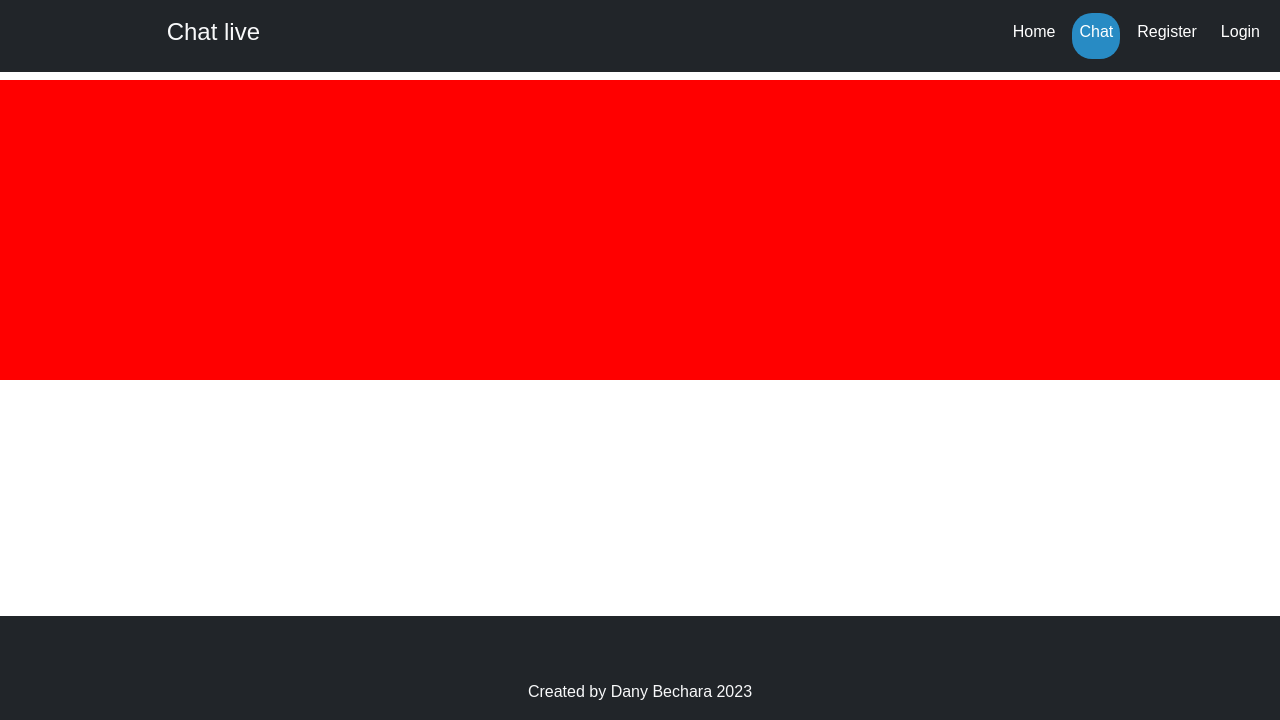
Repository: bechara611/chatv2
Page: /chat
An editor plug-in stored every save of this project. The page is shown before and after the next save, followed by the edit.
The browser window is 1280 px wide. The pictures show the whole page.
The project was rebuilt for these pictures with package versions that can differ from the ones it lists, and the page was loaded fresh each time. Also part of the build but not shown: src/auth/components/login.jsx, src/auth/components/register.jsx, src/ui/components/Home.jsx, src/App.css.

Above is the page before, as saved 2023-03-12 17:29:05.

### src/index.js
import React from 'react';
import ReactDOM from 'react-dom/client';
import './index.css';
import { App2 } from './App';
import { BrowserRouter } from 'react-router-dom';
import 'bootstrap/dist/css/bootstrap.min.css'
import 'bootstrap/dist/js/bootstrap.bundle.js'
import 'animate.css'
import { Provider } from 'react-redux';
import { store } from './store/Store';
const root = ReactDOM.createRoot(document.getElementById('root'));
root.render(
  <Provider store={store}>
    <BrowserRouter>
      <App2 />
    </BrowserRouter>
  </Provider>
);

### src/index.css
*{
  font-family: 'Poppins',sans-serif;
}

### src/App.js
import React from 'react'
import { Rutas } from './Router/Routes';
import { Header } from './ui/components/Header';
import './App.css'
import { Footer } from './ui/components/Footer';
import { Caparazon } from './ui/components/Caparazon';
import { ContenedorPrincipal } from './ui/components/ContenedorPrincipal';

export const App2 = () => {
  return (
    <>
      <Caparazon>
        <Header></Header>
        <ContenedorPrincipal> {/*El contenedor principal a su vez lleva sus hijos dos elementos, el footer que le pusimos absolute para ubicarlo de ultimo y el MainCuerpo que tienes las rutas */}
          <Rutas></Rutas>{/*Este MainCuerpo tiene las rutas de la aplicacion, es el main de la pagina y lo que va a cambiar dependiendo donde estemos */}
          <div className='mb-5 pb-5'></div>

          <Footer></Footer>  {/*Este es el footer que utilizamos para el pie de pagina, tiene posicion absolute como dije anteriormnete */}
        </ContenedorPrincipal>


      </Caparazon>
    </>
  )
}

### src/store/Store.js
import { configureStore } from "@reduxjs/toolkit";
import { AuthSlice } from "../auth/slices/authSlice";


export const store = configureStore({
    reducer:{
        auth:AuthSlice.reducer
    },
    middleware:(middleware)=>{
        return middleware({
            serializableCheck:false,
        })
    }

})

### src/Router/Routes.jsx
import React from 'react'
import { Navigate, Route, Routes } from 'react-router-dom'
import { Login } from '../auth/components/login'
import { Register } from '../auth/components/register'
import { Chat } from '../chat/components/Chat'
import { Home } from '../ui/components/Home'

export const Rutas = () => {

    return (

        <Routes>
            <Route path='/' element={<Home></Home>}></Route>
            <Route path='/login' element={<Login></Login>}></Route>
            <Route path='/register' element={<Register></Register>}></Route>
            <Route path='/chat' element={<Chat></Chat>}></Route>
            <Route path='/*' element={<Navigate to={'/'}></Navigate>}></Route>
        </Routes>

    )
}

### src/ui/components/Header.jsx
import React, { useEffect } from 'react'
import { useDispatch, useSelector } from 'react-redux';
import { NavLink } from 'react-router-dom'
import { logout } from '../../auth/slices/authSlice';
import './Header.css'
export const Header = () => {
  const authState = useSelector((state)=>state.auth);
  const dispatch = useDispatch();
  useEffect(() => {


    return () => {

    }
  }, [])

  return (
    <>

      <div className=" bg-dark contenedor-header col-12">
        <div className="titulo-header col-sm-4 col-12">
          <h4 className='text-light'>Chat live</h4>

        </div>
        <div className="col-sm-8 col-12  contenedor-menu">
          <nav className=' m-2 nav'>

            <NavLink className={ ({isActive}) => `item-menu  ${ isActive ? 'activeLink':'' }` } to={'/'} >Home</NavLink>
            <NavLink className={ ({isActive}) => `item-menu  ${ isActive ? 'activeLink':'' }` } to={'/chat'} >Chat</NavLink>
            <NavLink className={ ({isActive}) => `item-menu  ${ isActive ? 'activeLink':'' }` } to={'/register'} >Register</NavLink>
            {authState.token && authState.name && authState.email ?
              <NavLink className={ ({isActive}) => `item-menu  }` } onClick={()=>{
                localStorage.removeItem('email')
                localStorage.removeItem('token')
                localStorage.removeItem('name')
                dispatch(logout())
              }} >Logout</NavLink>
              :
              <NavLink className={ ({isActive}) => `item-menu  ${ isActive ? 'activeLink':'' }` } to={'/login'} >Login</NavLink>
            }

            </nav>
        </div>




      </div>
    </>

  )
}

### src/ui/components/Footer.jsx
import React from 'react'
import './Footer.css'


let linkdn="https://linkedin.com/in/DanyBechara";
let correo="mailto:bechara611@gmail.com";
let blank='_blank';
let github='https://github.com/bechara611';
let whatssap='https://wa.me/584120361952';

export const Footer = () => {
  return (
    <>

      {/*Aca este footer le estamos colocando una posicion absolute y a su padre relativa para poder ubicarlo al final de su div padre */}
      <div className="footer  col-12  mt-2 bg-dark">
      <a href={linkdn} target={blank} className='animate__animated animate__lightSpeedInLeft'><i className=" linkdin fa-brands fa-linkedin iconoRedes"></i></a>
      <a href={whatssap} target={blank}  className='animate__animated animate__lightSpeedInLeft'><i className="whatssap fa-brands fa-whatsapp iconoRedes"></i></a>
      <a href={correo} target={blank}  className='animate__animated animate__lightSpeedInLeft'><i className="gmail fa-solid  fa-envelope iconoRedes"></i></a>
      <a href={github} target={blank}  className='  animate__animated animate__lightSpeedInLeft'><i className=" github fa-brands fa-github iconoRedes"></i></a>

     <div className="col-12 contenedor-mensaje-footer mt-1">
     <div className="col-12 contenedor-mensaje-footer">
     <p className='mensaje text-light'>Created by Dany Bechara {new Date().getFullYear().toString()}</p>
     </div>

     </div>
      </div>
    </>

  )
}

### src/ui/components/Caparazon.jsx
import React from 'react'
import './Caparazon.css'
export const Caparazon = ({ children }) => {
    return (
        <>
{/*Caparazon princiapal donde el mismo tiene un flex en colum, adentro tiene sus hijos que son un div que
ocupe el 70vh donde eesta todo lo demas y el 30vh primero es del header */}
            <div className='caparazonPrincipal '>

                {children}

            </div>
        </>
    )
}

### src/ui/components/ContenedorPrincipal.jsx
import React from 'react'
import './ContenedorPrincipal.css'
export const ContenedorPrincipal = ({ children }) => {
  return (
    <div className='ContenedorPrincipal'>
    {/*Aca de hijos tendran las rutas para verse en el medio y el footer, este tiene un position relative para que su hijo footer pueda
  ubicarse en la parte de abajo */}
      {children}
    </div>
  )
}

### src/auth/slices/authSlice.js
import { createSlice } from "@reduxjs/toolkit";


export const AuthSlice = createSlice({
    name: 'auth',
    initialState: {
        name: localStorage.getItem('name') || null,
        email: localStorage.getItem('email') || null,
        token: localStorage.getItem('token') || null
    },
    reducers: {
        login: (state, { payload }) => {
            state.name=payload.name;
            state.email=payload.email;
            state.token=payload.token

        },
        logout:(state,{payload})=>{
            state.name=null;
            state.email=null;
            state.token=null;
        },
    }
})

export const {mostrar,logout,login} = AuthSlice.actions;

### src/chat/components/Chat.jsx
import React from 'react'
import './chat.css'
export const Chat = () => {
    let vector =Array.from({length:10},()=>true)

  return (
    <>
    <div className="col-12 chat">
    {
        vector.map((index)=>{
            return <h1>{index}</h1>
        })
    }
    </div>

    </>

  )
}

### src/ui/components/Header.css
.contenedor-header{
    display: flex;
    flex-direction: row;
    flex-wrap: wrap;
    min-height: 10vh;
}
.titulo-header{
    text-align: center;
    padding: 5px;
    display: flex;
    flex-direction: row;
    justify-content: center;
    align-items: center;
    align-self: center;
}
.contenedor-menu{
    display: flex;
    flex-direction: row;
    flex-wrap: nowrap;
    justify-content: flex-end;

}
.item-menu{
   margin: 5px;
   text-decoration: none;
   color: white;
  transition: all 1s ease;
   padding: 7px;
   border-radius: 20px;
}
.activeLink{
    background: rgb(40, 139, 196);
}
.item-menu:hover{
    text-decoration: none;
    background: rgb(40, 139, 196);
    color: white;
}

@media(max-width:577px){
.contenedor-menu{
        justify-content: center;
        text-align: center;
        align-self: center;
        align-items: center;
        flex-wrap: nowrap;
    }
    .nav{
        justify-content: center;
        text-align: center;
        align-self: center;
        align-items: center;
        flex-wrap: nowrap;
    }
    .item-menu{
    padding: 0px;
    }
}

### src/ui/components/Footer.css


.footer {

    background: rgb(209, 102, 102,.1);
    position: absolute;
    bottom: 0%;
    display: flex;
    flex-direction: row;
    justify-content: center;
    text-align: center;
    align-items: center;
    justify-items: center;
    flex-wrap: wrap;

}


.iconoRedes {
    font-size: 40px;
    padding-left: 10px;
    margin: 5px;

}

.github:hover {
    color: #4b3074;

}
.github{
    color: #6e5494;
}

.whatssap:hover {
    color: #0c903c;
}
.whatssap{
    color: #25d366;

}

.gmail:hover {
    color: #e65f5f;
}

.gmail{
    color: #cc0000;
}

.linkdin:hover {
    color: #0780ac;
}

.linkdin{
    color: #0377a1;
}

.contenedor-mensaje-footer {
    display: flex;
    flex-direction: row;
    justify-content: center;
    text-align: center;
    align-items: center;
    justify-items: center;
}

/*?RESPONSIVE*/

@media(max-width:255px) {
    .iconoRedes {
        font-size: 30px;
        padding-left: 5px;
    }

    .mensaje {
        font-size: 10px;
    }
}

### src/ui/components/Caparazon.css
/*Estilos del caparazon como tal principal*/
    /*Aca colocamos que el caparazonPrincipal ocupa toda la pantalla, y una direccion en column para que el header sea de 30vh y el resto el otro div  */
.caparazonPrincipal{
    display: flex;
    flex-direction: column;
    justify-content: space-between;
    min-height: 100vh;
  overflow-x: hidden;
  overflow-y: visible;
}

### src/ui/components/ContenedorPrincipal.css
/*Aca al contenedor ponemos positionRelative para que el footer pueda tener una posicion absoluta y se pueda posicionar al final*/
.ContenedorPrincipal{
    min-height: 90vh;

    position: relative;
}

### src/auth/components/login.css
*,
*:before,
*:after{
    padding: 0;
    margin: 0;
    box-sizing: border-box;
}

.social{
  display: flex;
  flex-direction: row;
  justify-content: center;
}
.contenedor-loginRegistro{

  margin-top: 5px;
  display: flex;
  flex-direction: row;
  justify-content: center;
  align-items: center;
}

  .formularioLoginRegister{

    background-color: rgb(29, 29, 29,.6);
    top: 50%;
    left: 50%;
    border-radius: 10px;
    backdrop-filter: blur(10px);
    border: 2px solid rgba(255,255,255,0.1);
    box-shadow: 0 0 10px rgba(142, 201, 228, 1);
    padding: 10px 15px;
}
.formularioLoginRegister *{

    color: #ffffff;
    letter-spacing: 0.5px;
    outline: none;
    border: none;
}
.formularioLoginRegister h3{
    font-size: 32px;
    font-weight: 500;
    line-height: 42px;
    text-align: center;
}

.labelLoginRegister{
    display: block;
    margin-top: 30px;
    font-size: 16px;
    font-weight: 500;
}
.inputLoginRegister{
    display: block;
    height: 45px;
    width: 100%;
    background-color: rgba(255,255,255,0.07);
    border-radius: 3px;
    padding: 0 5px;
    margin-top: 8px;
    font-size: 14px;
    font-weight: 300;

}
::placeholder{
    color: #e5e5e5;
}
.btnLoginRegister{
    margin-top: 50px;
    width: 100%;
    background-color: #ffffff;
    color: #080710;
    padding: 5px 0;
    font-size: 18px;
    font-weight: 600;
    border-radius: 5px;
    cursor: pointer;

}
.btnLoginRegister:hover{
  background: #94b1dd;;
}
.social{
  margin-top: 30px;
  display: flex;
  cursor: pointer;
}
.social div{
  background: red;
  width: 150px;
  border-radius: 3px;
  padding: 5px 10px 10px 5px;
  background-color: rgba(55, 135, 184, 0.67);
  color: #eaf0fb;
  text-align: center;
  cursor: pointer;
}
.social div:hover{
  background-color: rgba(255,255,255,0.47);
}
.social .fb{
  margin-left: 25px;
}
.social i{
  margin-right: 4px;
}

### src/chat/components/chat.css
.chat{
    background: red;
   width: 100vw;
   height: 300px;
}

After the next save:
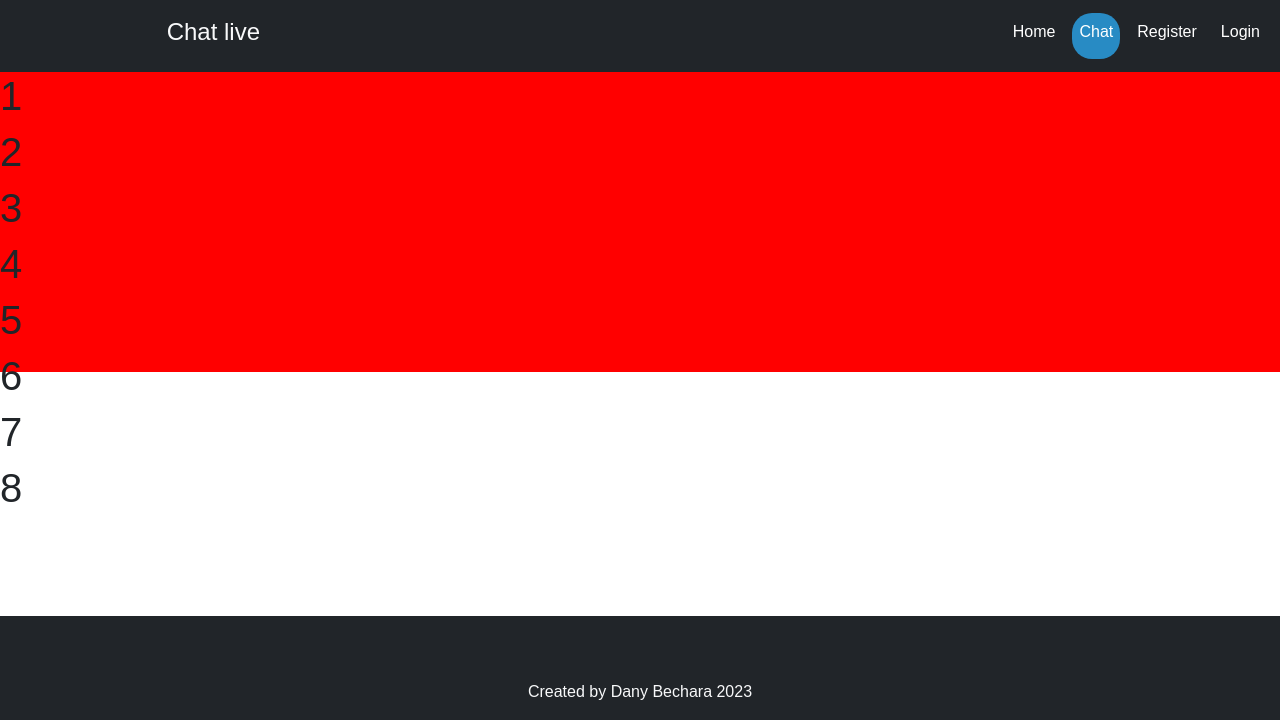
Saved 2 min 18 s later.
--- a/src/chat/components/Chat.jsx
+++ b/src/chat/components/Chat.jsx
@@ -2,12 +2,12 @@ import React from 'react'
 import './chat.css'
 export const Chat = () => {
     let vector =Array.from({length:10},()=>true)
-
+    let vector2 = [1,2,3,4,5,6,7,8]
   return (
     <>
     <div className="col-12 chat">
     {
-        vector.map((index)=>{
+        vector2.map((index,elemento)=>{
             return <h1>{index}</h1>
         })
     }
